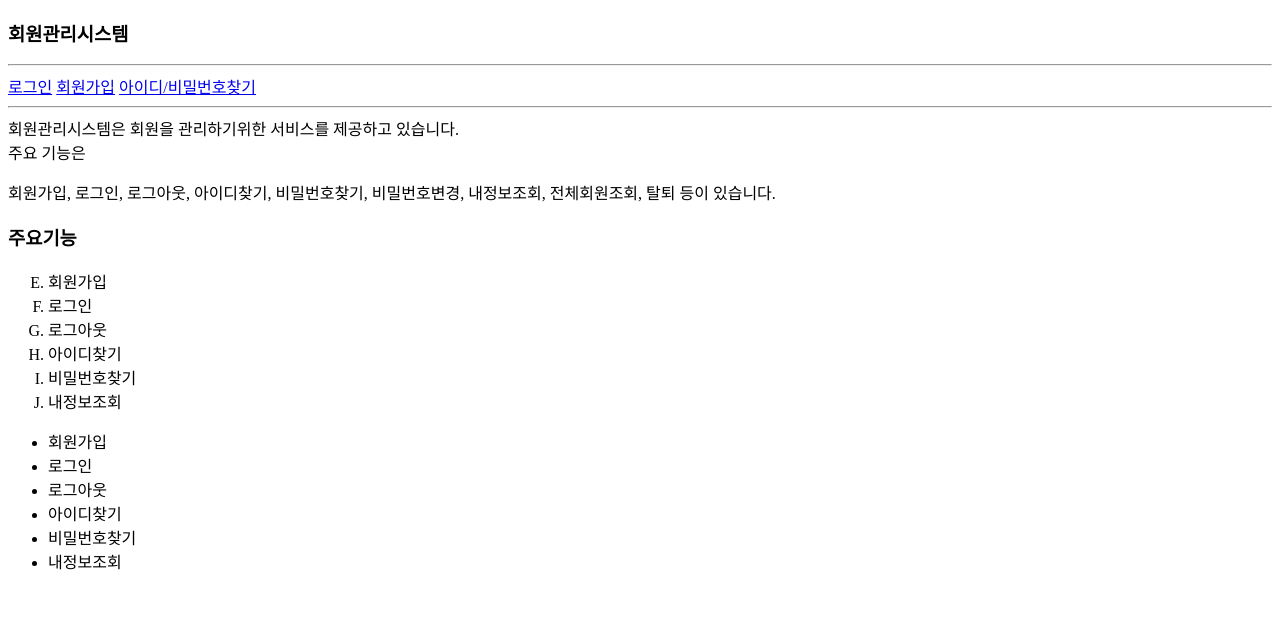
Repository: helloJunejun/WorkSpace_WebUi
Page: 0.1html_basic/src/main/webapp/WEB-INF/index.html
The author's editor kept a copy of each file at every save. The page is drawn from the files as they stood at one save, then again after the next save.
The browser window is 1280 px wide. The pictures show the whole page.

Above is the page before, as saved 2021-06-23 06:51:47.

After the next save:
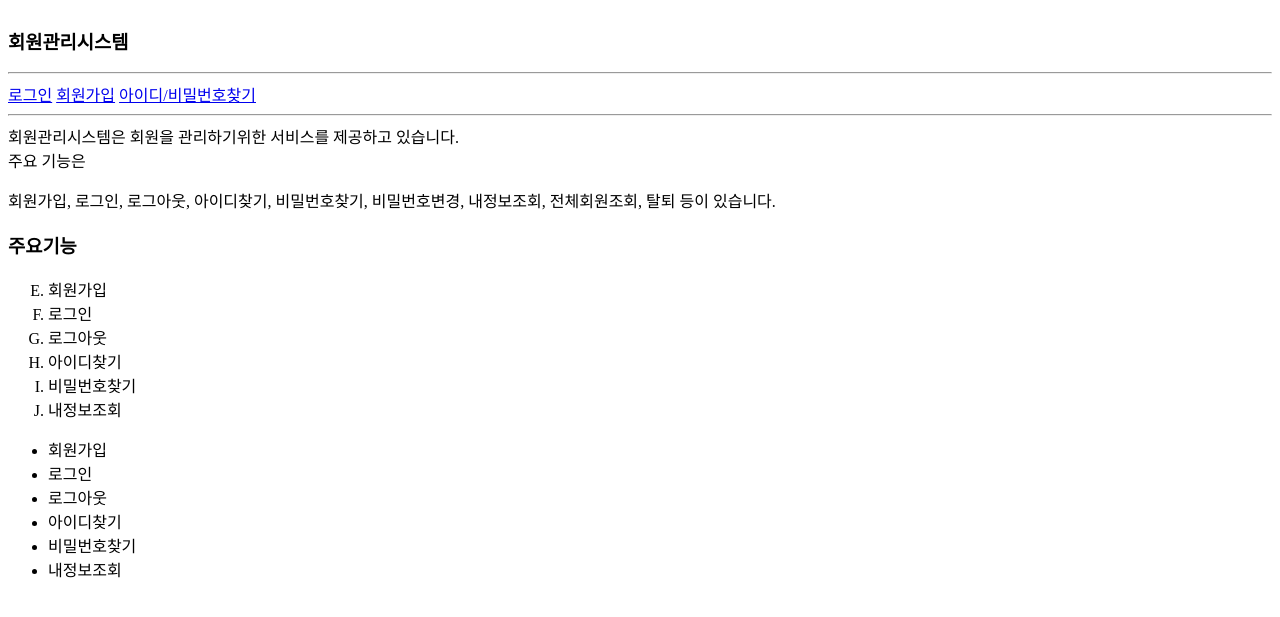
Saved 26 min 54 s later.
--- a/0.1html_basic/src/main/webapp/WEB-INF/index.html
+++ b/0.1html_basic/src/main/webapp/WEB-INF/index.html
@@ -5,6 +5,8 @@
 <title>MMS</title>
 </head>
 <body>
+<!-- 이미지 로고 -->
+<img src="">
 <h3>회원관리시스템</h3>
 <hr>
 <a href="login.html">로그인</a>
